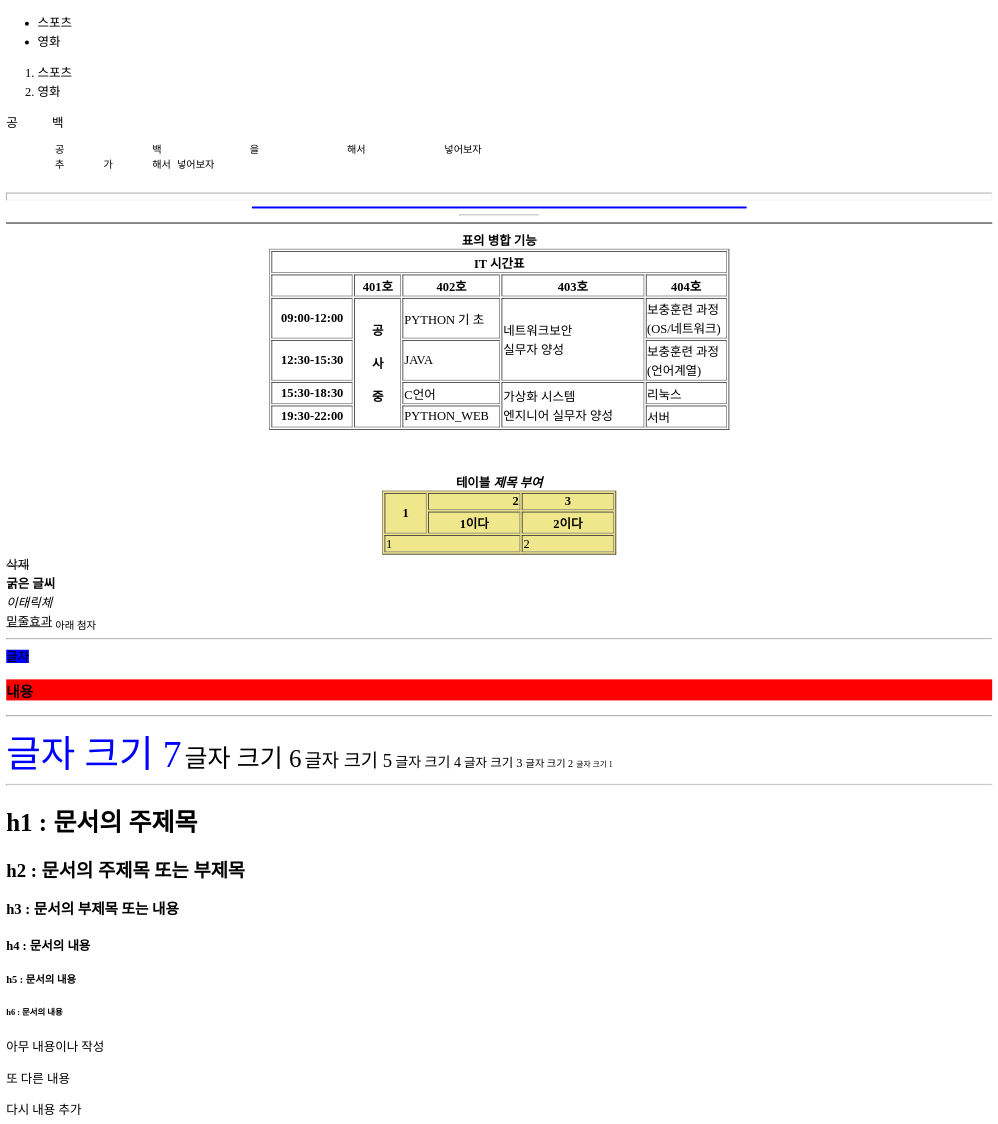
Repository: leeseungho1994/test09
Page: html/test01.html
An editor plug-in stored every save of this project. The page is shown before and after the next save, followed by the edit.
The browser window is 1280 px wide. The pictures show the whole page, at 78% of full size.

Above is the page before, as saved 2020-10-29 06:54:21.

### html/test01.html
<!DOCTYPE html>
<html>
<head>
<meta charset="UTF-8">
<title>Insert title here</title>
</head>
<body>
	<ul>
		<li>스포츠</li> <li>영화</li>
	</ul>
	<ol>
		<li>스포츠</li> <li>영화</li>
	</ol>

	공 &nbsp; &nbsp; &nbsp; &nbsp; &nbsp; 백

	<pre>
	공 		백 		을 		해서 		넣어보자
	추	가 	해서 넣어보자
	</pre>
	<hr size="10">
	<hr width="50%" align="center" color="blue">
	<hr width="100px" align="center">
	<hr noshade="noshade">

	<table border="1" align="center" width="590">
		<caption>
			<b>표의 병합 기능</b>
		</caption>
		<tr>
			<th colspan="5">IT 시간표</th>
		</tr>

		<tr>
			<th width="90"></th>
			<th width="50">401호</th>
			<th width="90">402호</th>
			<th width="160">403호</th>
			<th width="90">404호</th>
		</tr>
		<th>09:00-12:00</th>
		<th rowspan="4">공<br>
		<br>사<br>
		<br>중
		</th>
		<td>PYTHON 기 초</td>
		<td rowspan="2">네트워크보안<br>실무자 양성
		</td>
		<td>보충훈련 과정<br>(OS/네트워크)
		</td>
		<tr>
			<th>12:30-15:30</th>
			<td>JAVA</td>
			<td>보충훈련 과정<br>(언어계열)
			</td>
		</tr>

		<tr>
			<th>15:30-18:30</th>
			<td>C언어</td>
			<td rowspan="2">가상화 시스템<br>엔지니어 실무자 양성
			</td>
			<td>리눅스</td>
		</tr>

		<tr>
			<th>19:30-22:00</th>
			<td>PYTHON_WEB</td>
			<td>서버</td>
		</tr>
	</table>

	<br>
	<br>
	<br>



	<table border="1" align="center" width="300" bgcolor="khaki">
		<caption>
			<b>테이블 <i>제목 부여</i></b>
		</caption>
		<tr>
			<th width="50" rowspan="2">1</th>
			<th align="right">2</th>
			<th>3</th>
		</tr>
		<tr>
			<th>1이다</th>
			<th>2이다</th>
		</tr>
		<tr>
			<td colspan="2">1</td>
			<td>2</td>
		</tr>
	</table>



	<strike>삭제</strike>
	<br>
	<b>굵은 글씨</b>
	<br>
	<i>이태릭체</i>
	<br>
	<u>밑줄효과</u>
	<sub>아래 첨자</sub>
	<hr>
	<font style="background-color: blue;">글자</font>
	<h3 style="background-color: red;">내용</h3>
	<hr>
	<font size="7" face="궁서체" color="blue">글자 크기 7</font>
	<font size="6">글자 크기 6</font>
	<font size="5">글자 크기 5</font>
	<font size="4">글자 크기 4</font>
	<font size="3">글자 크기 3</font>
	<font size="2">글자 크기 2</font>
	<font size="1">글자 크기 1</font>
	<hr>
	<h1>h1 : 문서의 주제목</h1>
	<h2>h2 : 문서의 주제목 또는 부제목</h2>
	<h3>h3 : 문서의 부제목 또는 내용</h3>
	<h4>h4 : 문서의 내용</h4>
	<h5>h5 : 문서의 내용</h5>
	<h6>h6 : 문서의 내용</h6>
	아무 내용이나 작성
	<br>
	<!--떕뛥 adsfasdlfkj  -->
	<p>또 다른 내용</p>
	다시 내용 추가
</body>
</html>

After the next save:
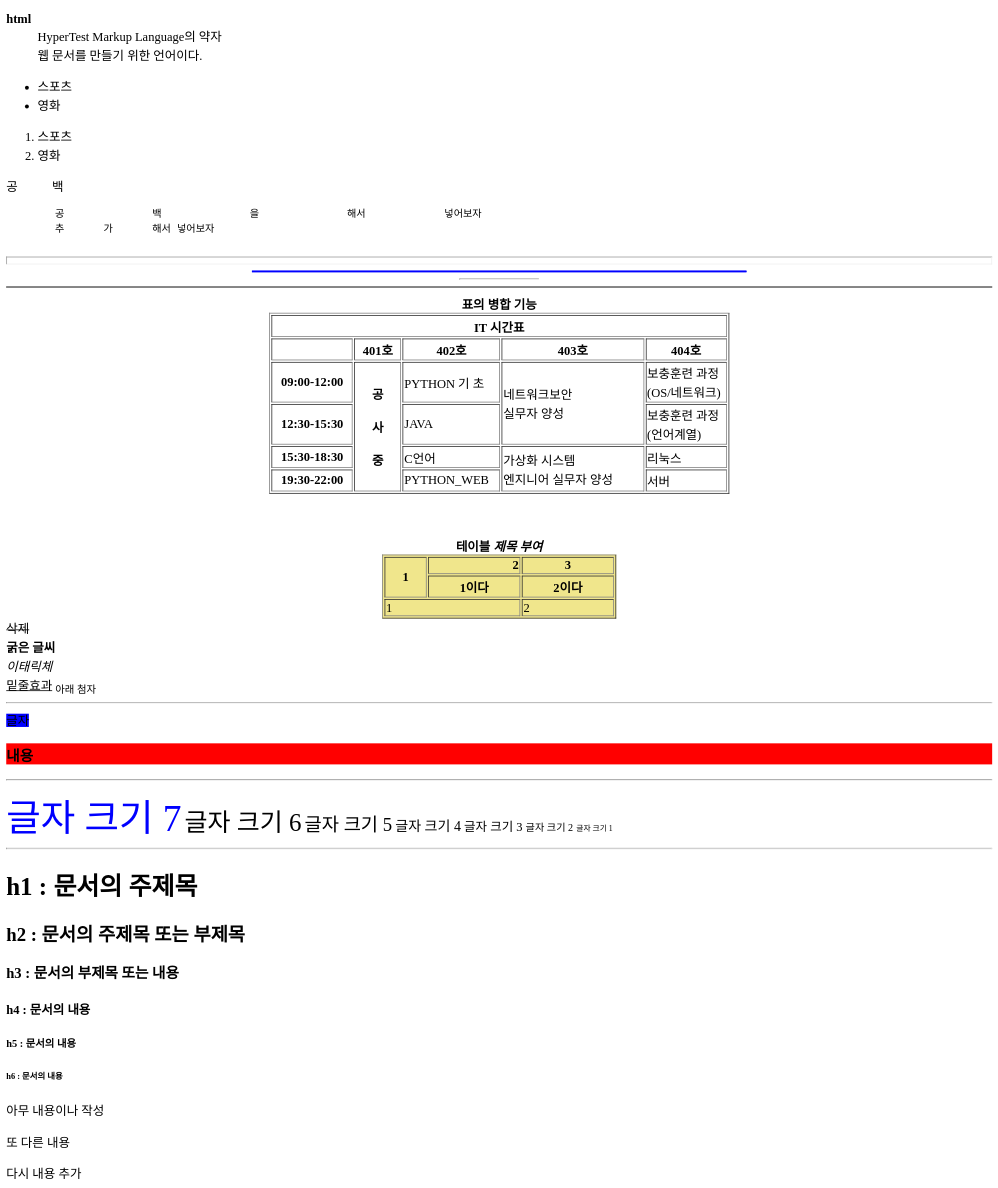
Saved 2 min 23 s later.
--- a/html/test01.html
+++ b/html/test01.html
@@ -5,6 +5,14 @@
 <title>Insert title here</title>
 </head>
 <body>
+
+	<dl>
+		<dt><b>html</b></dt>
+		<dd>HyperTest Markup Language의 약자<br>
+			웹 문서를 만들기 위한 언어이다.
+		</dd>
+	</dl>
+
 	<ul>
 		<li>스포츠</li> <li>영화</li>
 	</ul>
